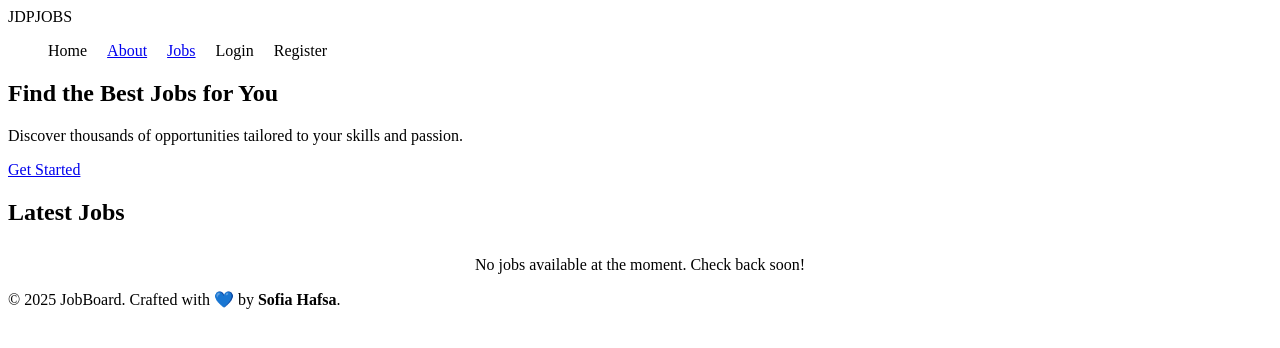
Repository: sofia123776/jobboard
Page: jobs/templates/jobs/home.html
The author's editor kept a copy of each file at every save. The page is drawn from the files as they stood at one save, then again after the next save.
The browser window is 1280 px wide. The pictures show the whole page.
The template is drawn by Django 5.2. The application's start-up code is not run. Other server files are loaded and not shown. The template is opened directly, without the code that normally fills it, so the values that code supplies are empty.

Above is the page before, as saved 2025-10-10 11:41:39.

### jobs/templates/jobs/home.html
{% load static %}
<!DOCTYPE html>
<html lang="en">
<head>
  <meta charset="UTF-8">
  <meta name="viewport" content="width=device-width, initial-scale=1.0">
  <title>JobBoard | Find Your Dream Jobs</title>
  <link rel="stylesheet" href="{% static 'css/style.css' %}">
</head>
<body>

  <!-- 🔹 NAVBAR -->
  <header class="navbar">
    <div class="logo">JDP<span>JOBS</span></div>
    <nav>
      <ul style="list-style:none; display:flex; gap:20px; align-items:center; margin-right:50px;">
        <li><a href="{% url 'home' %}" style="text-decoration:none; color:#000;">Home</a></li>
        <li><a href="#">About</a></li>
        <li><a href="#">Jobs</a></li>
        {% if user.is_authenticated %}
          <li><a href="{% url 'logout' %}" style="text-decoration:none; color:#000;">Logout</a></li>
        {% else %}
          <li><a href="{% url 'login' %}" style="text-decoration:none; color:#000;">Login</a></li>
          <li><a href="{% url 'register' %}" style="text-decoration:none; color:#000;">Register</a></li>
        {% endif %}
      </ul>
    </nav>
  </header>

  <!-- 🔹 HERO SECTION -->
  <section class="hero">
    <div class="hero-content">
      <h1>Find the Best <span>Jobs</span> for You</h1>
      <p>Discover thousands of opportunities tailored to your skills and passion.</p>
      <a href="#jobs" class="cta">Get Started</a>
    </div>
  </section>

  <!-- 🔹 JOB LISTINGS -->
  <section id="jobs" class="job-listings">
    <h2>Latest Jobs</h2>

    {% if jobs %}
      <div class="job-container">
        {% for job in jobs %}
          <div class="job-card">
            {% if job.company_logo %}
              <img src="{{ job.company_logo.url }}" alt="{{ job.company_name }}">
            {% else %}
              <img src="{% static 'images/default-job.jpg' %}" alt="Job Image">
            {% endif %}

            <h3>{{ job.title }}</h3>
            <p>{{ job.company_name }} - {{ job.location }}</p>
            <a href="{% url 'job_detail' job.id %}" class="apply-btn">View Details</a>
          </div>
        {% endfor %}
      </div>
    {% else %}
      <p style="text-align:center; margin-top:30px;">No jobs available at the moment. Check back soon!</p>
    {% endif %}
  </section>

  <!-- 🔹 FOOTER -->
  <footer>
    <p>© 2025 JobBoard. Crafted with 💙 by <strong>Sofia Hafsa</strong>.</p>
  </footer>

  <script src="{% static 'js/script.js' %}"></script>
</body>
</html>

### accounts/static/css/style.css
.form-container {
    width: 350px;
    margin: 100px auto;
    background: rgba(255, 255, 255, 0.9);
    padding: 2rem;
    border-radius: 12px;
    box-shadow: 0 5px 20px rgba(0,0,0,0.1);
    text-align: center;
}

.form-container h2 {
    margin-bottom: 1rem;
    color: #2a3d66;
}

.form-container input {
    width: 90%;
    padding: 10px;
    margin: 8px 0;
    border: 1px solid #ddd;
    border-radius: 6px;
    font-size: 15px;
}

.form-container button {
    width: 100%;
    background-color: #2a3d66;
    color: white;
    border: none;
    padding: 10px;
    border-radius: 6px;
    font-size: 16px;
    cursor: pointer;
    transition: 0.3s;
}

.form-container button:hover {
    background-color: #1c294d;
}

### jobs/static/js/script.js
function showMessage() {
  alert("Welcome to JobBoard! 🚀 Explore new opportunities today.");
}

After the next save:
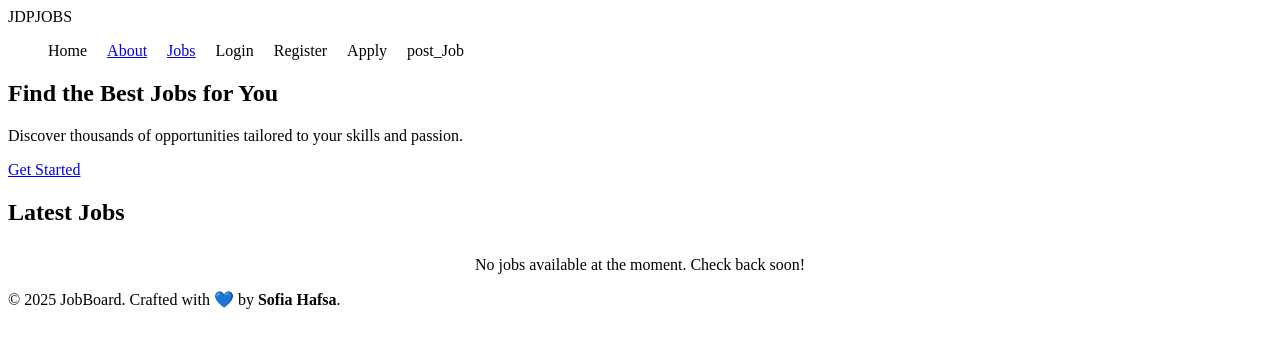
Saved 22 min 18 s later.
--- a/jobs/templates/jobs/home.html
+++ b/jobs/templates/jobs/home.html
@@ -22,6 +22,8 @@
         {% else %}
           <li><a href="{% url 'login' %}" style="text-decoration:none; color:#000;">Login</a></li>
           <li><a href="{% url 'register' %}" style="text-decoration:none; color:#000;">Register</a></li>
+          <li><a href="{% url 'apply_job' %}" style="text-decoration:none; color:#000;">Apply</a></li>
+          <li><a href="{% url 'post_job' %}" style="text-decoration:none; color:#000;">post_Job</a></li>
         {% endif %}
       </ul>
     </nav>

After the save that followed:
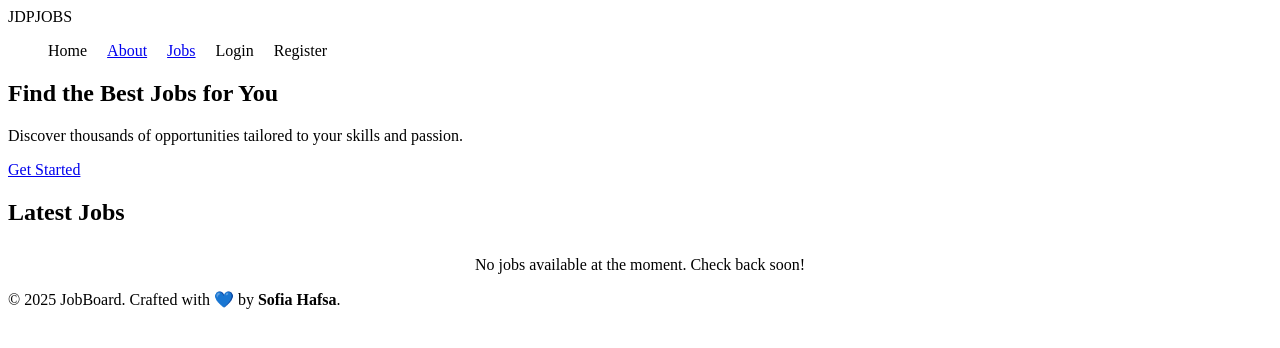
Saved 2 min 53 s later.
--- a/jobs/templates/jobs/home.html
+++ b/jobs/templates/jobs/home.html
@@ -22,8 +22,7 @@
         {% else %}
           <li><a href="{% url 'login' %}" style="text-decoration:none; color:#000;">Login</a></li>
           <li><a href="{% url 'register' %}" style="text-decoration:none; color:#000;">Register</a></li>
-          <li><a href="{% url 'apply_job' %}" style="text-decoration:none; color:#000;">Apply</a></li>
-          <li><a href="{% url 'post_job' %}" style="text-decoration:none; color:#000;">post_Job</a></li>
+
         {% endif %}
       </ul>
     </nav>
